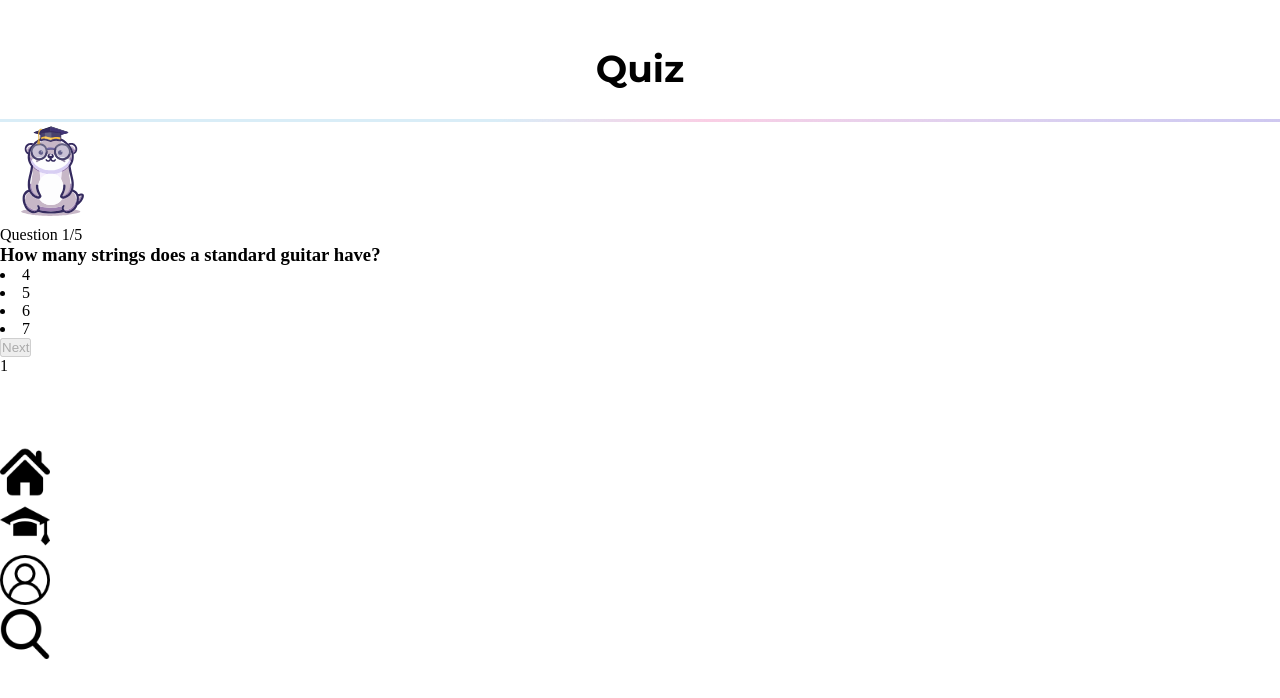
Repository: 1medi/pocketprof
Page: /quiz/page
The author's editor kept a copy of each file at every save. The page is drawn from the files as they stood at one save, then again after the next save.
The browser window is 1280 px wide. The pictures show the whole page.
The project was rebuilt for these pictures with package versions that can differ from the ones it lists, and the page was loaded fresh each time. The framework's server and built-in components were replaced by stand-ins that run in the browser. Also part of the build but not shown: next.config.mjs, Components/Buttons/Oscar/Oscar.module.css, Components/Buttons/Oscar/index.js.

Above is the page before, as saved 2024-04-14 06:24:37.

After the next save:
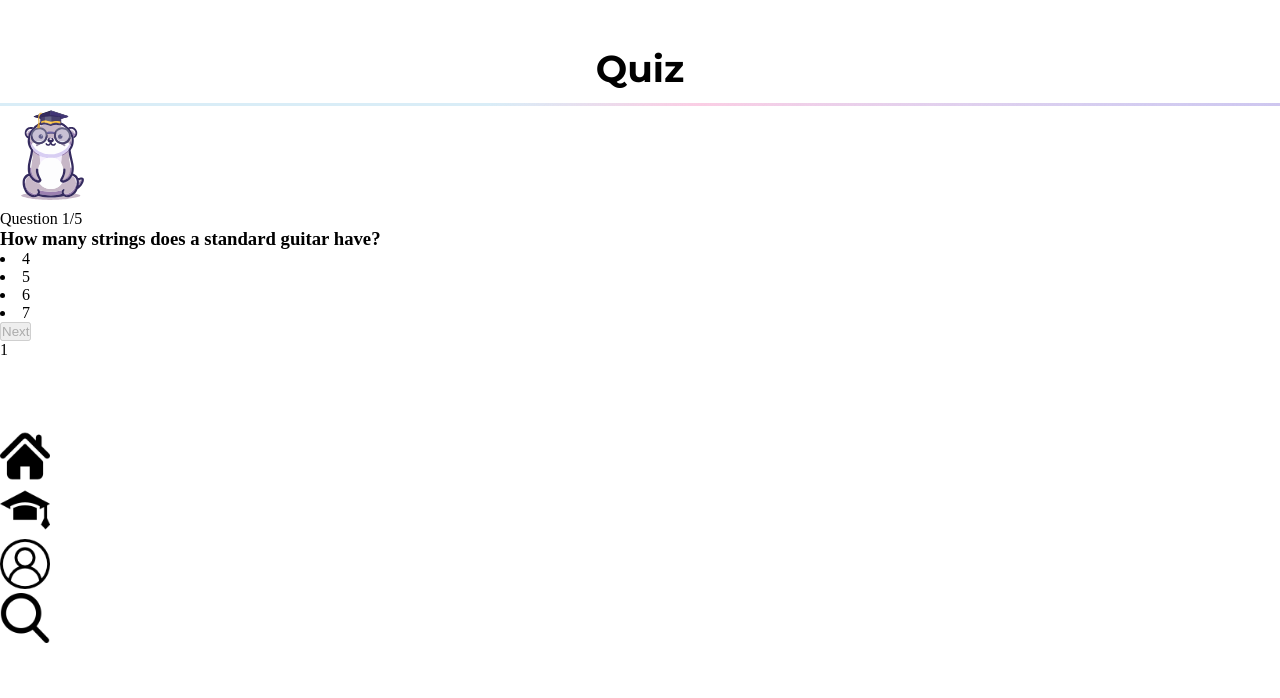
Saved 11 s later.
--- a/Components/Header/Header.module.css
+++ b/Components/Header/Header.module.css
@@ -1,6 +1,6 @@
 .header{
   max-height: 400;
-  height: 5rem;
+  height: 4rem;
   position: relative;
   padding: 1.3rem;
   backdrop-filter: blur(10px);
